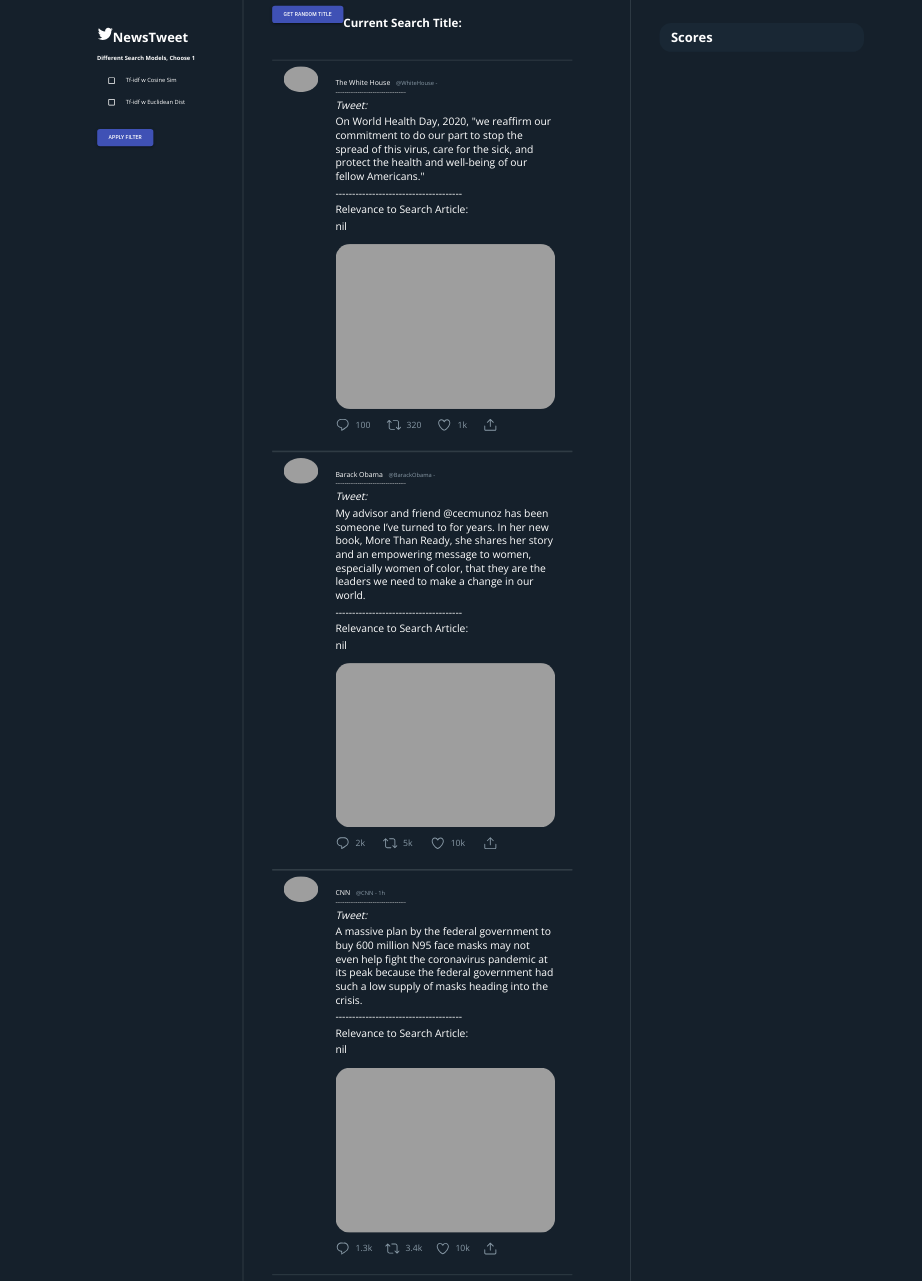
Repository: Dustyik/IR-tweets---disaster-
Page: / (app in Frontend/)
These files come from the project's save history. The page is drawn as it stood at one moment and after the next save; the edit follows.
The browser window is 1280 px wide. The pictures show the whole page, at 72% of full size.
Pictures or frames that could not be fetched are drawn as grey boxes. The page's requests for data from a server got no answer. The project was rebuilt for these pictures with package versions that can differ from the ones it lists, and the page was loaded fresh each time. No one was signed in, and anything a server would have sent is missing. Also part of the build but not shown: Frontend/src/components/trending/Trend.js, Frontend/src/components/trending/TrendsList.js, Frontend/src/components/trending/FollowSuggestionCard.js, Frontend/src/styles/FollowList.css, Frontend/src/components/trending/FollowSuggestionsList.js, Frontend/src/components/StatusCard.js, Frontend/src/pages/Status.js, Frontend/src/components/profile/ProfileHead.js and 3 more.

Above is the page before, as saved 2021-08-03 19:21:00.

After the next save:
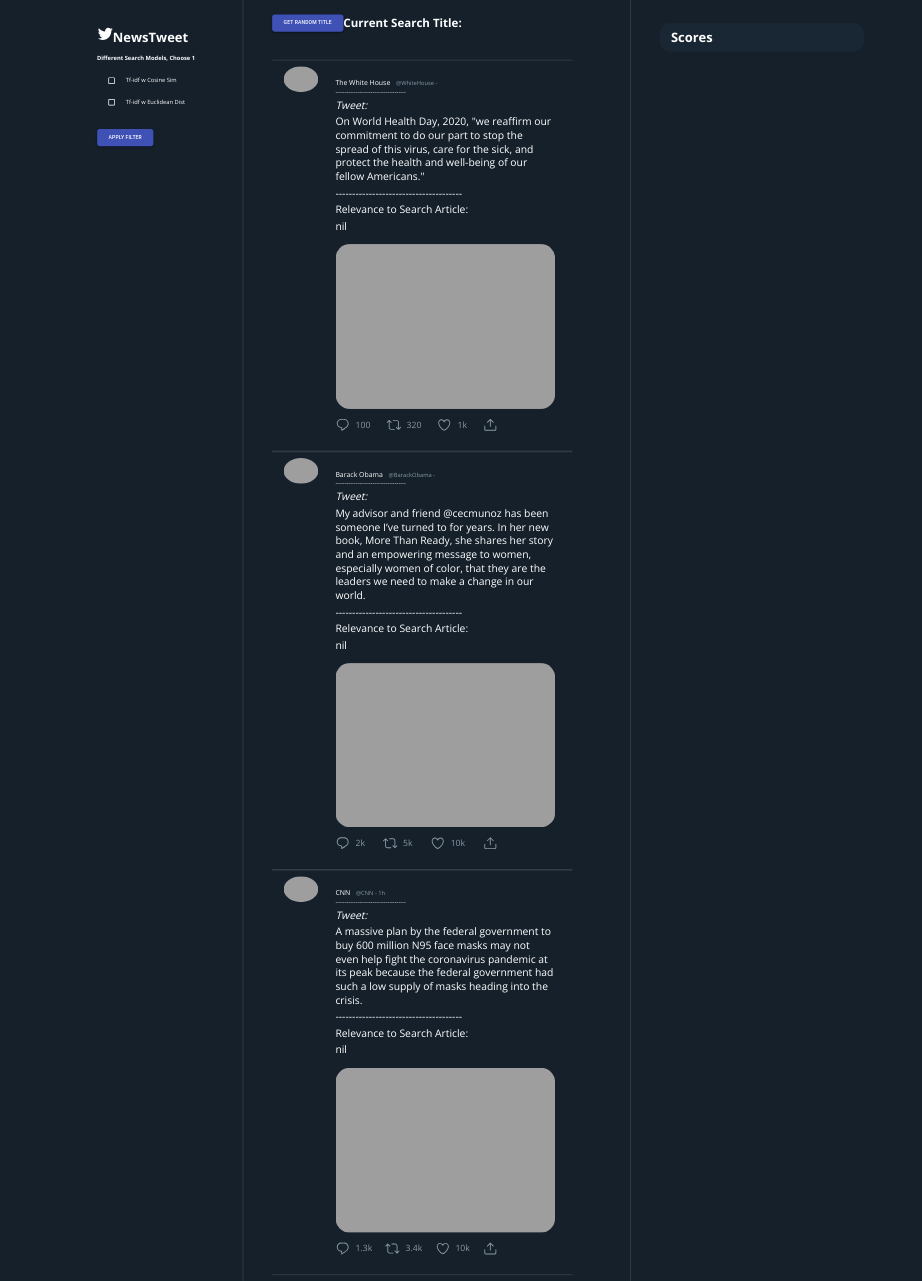
Saved 17 s later.
--- a/Frontend/src/pages/Home.js
+++ b/Frontend/src/pages/Home.js
@@ -39,7 +39,7 @@
 
     return (
         <>
-            <div style = {{display:"flex", flexDirection:"row"}}>
+            <div style = {{display:"flex", flexDirection:"row", alignItems:"center"}}>
             {/*
             <div className="search-box flex-align-center">
                     <SearchIcon />
